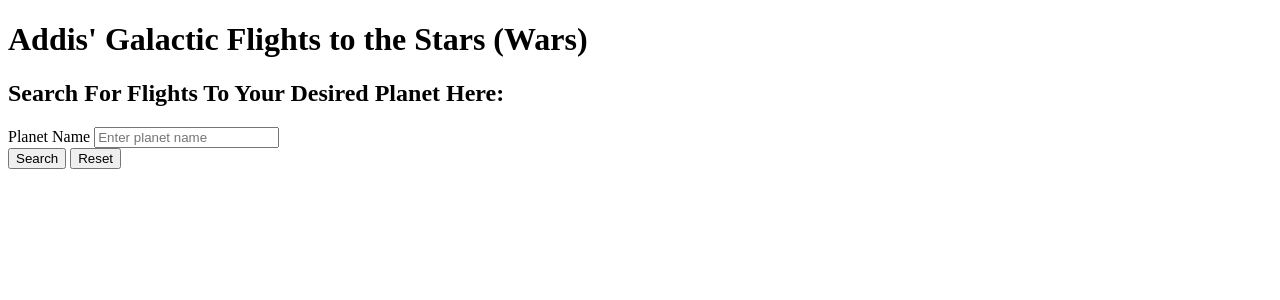
Repository: addisjackson/project-front-end-portfolio2
Page: index.html
These files come from the project's save history. The page is drawn as it stood at one moment and after the next save; the edit follows.
The browser window is 1280 px wide. The pictures show the whole page.

Above is the page before, as saved 2023-07-17 16:19:00.

### index.html
<!DOCTYPE html>
<html lang="en">
<head>
  <meta charset="UTF-8">
  <meta http-equiv="X-UA-Compatible" content="IE=edge">
  <meta name="viewport" content="width=device-width, initial-scale=1.0">
  <title>Addis' Galactic Flight</title>
  <link rel="stylesheet" href="style.css">
  <script defer src="index.js"></script>
</head>
<body>
  <h1>Addis' Galactic Flights to the Stars (Wars)</h1>
  <form id="searchForm">
    <h2>Search For Flights To Your Desired Planet Here:</h2>
    <div class="name">
      <label for="planetSearch">Planet Name</label>
      <input type="text" name="planetSearch" id="planetSearch" placeholder="Enter planet name">
    </div>
    <div class="buttons">
      <button type="submit" id="searchButton">Search</button>
      <button type="reset" id="resetButton">Reset</button>
    </div>
  </form>
  <section class="planet-section">
  </section>
</body>
</html>

### style.css
table {
    border-collapse: collapse;
    width: 100%;
  }

  th, td {
    padding: 8px;
    text-align: left;
    border-bottom: 1px solid #ddd;
  }

  th {
    background-color: #f2f2f2;
  }

  .hidden {
    display: none;
  }

body {
  background-image: url="assets/APP.mp4";
  background-repeat: no-repeat;
  background-size: cover;
  align-items: center;
}

### index.js
// Planet information object
const searchedPlanet = [{
  name: "Yavin IV",
  synopsis: "The surface of Yavin 4 was divided into several continental masses, two of which were Starloft and Wetyin. Notable natural formations included Massassi Valley, Skygazer Hill, and the Ferra Groves. The verdant world had a comfortable, temperate climate but a challenging ecosystem and dangerous predators.The moon's landmasses were covered by dense jungles and rain forests whose flora included purple-barked Massassi trees, grenade fungi, bioluminescent orchids, and climbing ferns. Yavin 4 also had swampy areas. The moon, however, was completely lacking in any mineral resources of significance.",
  image: "assets/YavinIV.jpeg"
},
{
  name: "Tatooine",
  synopsis: "`Tatooine was a planet located in the Outer Rim, a region of the galaxy far removed from its core. It had three moons, Ghomrassen, Guermessa, and Chenini.Long ago, Tatooine was covered in oceans and rainforests, but for unknown reasons, it became a hot desert world. Tatooine orbited twin suns, Tatoo I and Tatoo II. The whole planet was covered in harsh deserts, and only a small part of its northern hemisphere could sustain intelligent life. The landscape was covered with sand dunes, mountains, and canyons, which made traversing the planet very difficult. Due to the absence of surface water, those who lived on Tatooine had to draw moisture through the dry air.Rain was incredibly rare on Tatooine, coming once a year, decade, or century. When the rain came, some plants were able to grow in a brief yet glorious period. Inhabiting the planet were many native species, the largest of which were the carnivorous krayt dragons. The common krayt dragon, while more plentiful, was shadowed by the greater krayt dragon, which submerged itself under the shifting sands and used its powerful limbs to traverse through the dunes. In addition, the common bantha and eopie species also found a home on the world, along with dewbacks, rontos, womp rats, massiffs, and scurriers.`",
  image: "assets/Tatooine.jpg"
},
{
  name: "Naboo",
  synopsis: "`Naboo was a small pastoral world in the Mid Rim, located near the border of the Outer Rim Territories. Unlike most other worlds, the ancient planet lacked a molten core, and instead comprised a conglomerate of large, rocky bodies that made up a network of tunnels and flooded caves. The native Gungans, who built their homes in the waters of Naboo, rarely ventured into the core, fearing the ravenous sea beasts which resided in areas such as the Caves of Eleuabad. Despite this, certain Gungan navigators utilized time-honored trade routes through the planet's structure, which served as the most expedient avenues to reach other areas of the planet. Naboo's interior was rich with plasma, a naturally-occurring energy unique to the planet, and this coupled with its lack of molten core gave Naboo a reputation as an enigma to astrophysicists, who regarded the world's structure as an extremely rare phenomenon in the galaxy.`",
  image: "assets/Naboo.jpeg"
},
{
  name: "Kamino",
  synopsis: "`Located seventy thousand light-years from the Core Worlds, in the Abrion sector, Kamino was a remote and inhospitable extragalactic planet which was covered in oceans that held an abundance of life. The native Kaminoans lived on stilt-cities scattered across Kamino's watery surface. The majority of these cities were devoted to cloning projects, as the highly intelligent Kaminoans specialized in cloning for clients needing workers or private security forces, along with other one-off requests. Due to the remoteness of the planet and its extensive rainy season, only occasional representatives of clone purchasing authorities were undeterred from visiting the world. Kamino often experienced heavy rain, and during some parts of the year was covered with heavy electrical storms. During this season, Kaminoans rode on aiwhas underwater and resurfaced once they were near their destination. In the late clone wars, the cloning facilities were protected by the Kamino security clone troopers.`",
  image: "assets/Kamino.png"
},
{
  name: "Jabba",
  synopsis: "`Jabba is a planet located in the Outer Rim, a region of the galaxy far removed from its core. It had three moons, Ghomrassen, Guermessa, and Chenini. Long ago, Jabba was covered in oceans and rainforests, but for unknown reasons, it became a hot desert world. Jabba orbited twin suns, Jabba I and Jabba II.`",
  image: "assets/Jabba.jpeg"
},
{
  name: "Hoth",
  synopsis: '`"Anyone who looks at Hoth from above would be forgiven for thinking it a mostly dead ball of ice". Imperial AT-ATs traverse the frozen landscape on Hoth. From space, the planet of Hoth looked like a pale blue orb due to its dense snow and ice covering. Five planets existed between Hoth and its sun, while an asteroid belt surrounded the planet with meteors occasionally striking the surface.Most of its surface was covered with glaciers and frozen ice plains. Another third of the planet was covered by oceans.The temperature, although always frigid, was known to drop to -60°C come nightfall.Although devoid of intelligent life, Hoth was home to fifteen subspecies of tauntauns, which were commonly used by Rebels as a means of transport, and which Han Solo cut open to use as shelter to keep Luke Skywalker and himself warm during a snowstorm. It was also home to a species of towering predators known as wampas. During his stay on Hoth, Skywalker was captured by a wampa and was hung upside down in the wampa"s cave, waiting to be eaten. Using the power of the Force, Skywalker managed to get his hands on his lightsaber and cut himself down from the roof and sever the wampa"s right arm. The planet also had a number of "crystalline geysers.`',
  image: "assets/Hoth.jpeg"
},
{
  name: "Degobah",
  synopsis: "`Degobah is a planet located in the Outer Rim, a region of the galaxy far removed from its core. It had three moons, Ghomrassen, Guermessa, and Chenini. Long ago, Degobah was covered in oceans and rainforests, but for unknown reasons, it became a hot desert world. Degobah orbited twin suns, Degobah I and Degobah II.",
  image: "assets/Degobah.webp"
},
{
  name: "Bespin",
  synopsis: "`Bespin is a planet located in the Outer Rim, a region of the galaxy far`",
  image: "assets/Bespin.jpeg"
},
{
  name: "Coruscant",
  synopsis: "`Coruscant is a planet located in the Outer Rim, a region of the galaxy far'",
  image: "assets/Coruscant.jpeg"
},
{
  name: "Alderaan",
  synopsis: "`Alderaan is a planet located in the Outer Rim, a region of the galaxy'",
  image: "assets/Alderaan.jpeg"
},
{
  name: "Endor",
  synopsis: "`Endor is a planet located in the Outer Rim, a region of the galaxy'",
  image: "assets/Endor.jpeg"
},
{
  name: "Haden",
  synopsis: "`Haven was the capital city of Iol, a planet in the Unknown Regions that was controlled by the company Tangan Industries. Iol was oldest and largest settlement on Iol, and it consisted of five large, separate domes that were each at least 1 kilometer in diameter. Each dome served a particular function within the city, with one containing Haven's government institutions and another containing the city's financial institutions, and each dome had a residential section that housed workers that were employed within that particular dome. The domes were all connected to one another via a series of tubes, which allowed for easy travel throughout the city.. Haven was also linked to the settlements Menelath and Shirkel, via two repulsortrain tunnels. The city was ran by an administrator, who was selected by Tangan Industries. Around the time of the Clone Wars, the Near-Human Elexia Nis'tar was appointed as Haven's administrator and while Tangan had hoped that she would act as a figurehead that they could manipulate, she distinguished herself by prioritizing the needs of Haven's inhabitants over those of the company. Nis'tar continued to act as the city's administrator until the time of the Yuuzhan Vong war.`",
  image: "assets/Haden.jpg"
}
];

document.getElementById("searchForm").addEventListener("submit", function (event) {
  event.preventDefault();
  let searchParams = "?search=" + document.getElementById("planetSearch").value;
  console.log(searchParams)

let apiUrl = "https://swapi.dev/api/planets/";
let searchedPlanet = document.getElementById("planetSearch").value;
  fetch(apiUrl + searchParams)
    .then((response) => {
         return response.json();
  })
 .then(data => {
    const planet = data.results[0]
    console.log(data.results[0])
    if(typeof planet === "undefined") {
      showError()

    } else {
      renderPlanet(planet);
    }
  })
});

const planetSection = document.querySelector(".planet-section")
function renderPlanet(planet) {
  const planetElement = document.createElement("div");
  const planetName = document.createElement("h2");
planetName.classList.add("planetName")
planetName.innerText = planet.name
planetElement.appendChild(planetName);
planetSection.appendChild(planetElement);

const planetInfo = document.createElement("p");
planetInfo.classList.add("planetInfo");
planetInfo.innerText = searchedPlanet.find(p => p.name.toLowerCase() === planet.name.toLowerCase())?.synopsis || "No info collected";
planetElement.appendChild(planetInfo);

const planetImage = document.createElement("img");
planetImage.src = searchedPlanet.find(p => p.name.toLowerCase() === planet.name.toLowerCase())?.image || "assets/placeholder.jpg";
planetInfo.appendChild(planetImage);

planetContainer.appendChild(planetElement);
planetSection.appendChild(planetContainer);
}


function showError() {
   let planetError = document.createElement("div");
    planetError.classList.add("planetError")
    const errorText = document.createElement("p")
    errorText.classList.add("errorText")
    errorText.innerText = "No flights found to this planet. Please check back in the future as we are always expanding our service area."
    planetError.innerHTML= errorText
    planetError.appendChild(errorText);
    planetSection.appendChild(planetError);

}



function renderPlanet(planet) {
// Clear previous planet elements
const planetSection = document.querySelector(".planet-section");
planetSection.innerHTML = '';
const planetContainer  = document.createElement("div");
planetConstainer.classList.add("planet-container");
const planetElement = document.createElement("div");
const planetName = document.createElement("h2");
planetName.classList.add("planetName");
planetName.innerText = planet.name;
planetElement.appendChild(planetName);

const planetInfo = document.createElement("p");
planetInfo.classList.add("planetInfo");
planetInfo.innerText = searchedPlanet.find(p => p.name.toLowerCase() === planet.name.toLowerCase())?.synopsis || "No info collected";
planetElement.appendChild(planetInfo);

const planetImage = document.createElement("img");
planetImage.src = searchedPlanet.find(p => p.name.toLowerCase() === planet.name.toLowerCase())?.image || "assets/placeholder.jpg";
planetContainer.appendChild(planetImage);

planetSection.appendChild(planetElement);
}

function showError() {
// Clear previous error message and planet elements
planetSection.innerHTML = '';

const planetError = document.createElement("div");
planetError.classList.add("planetError");
const errorText = document.createElement("p");
errorText.classList.add("errorText");
errorText.innerText = "No flights found to this planet. Please check back in the future as we are always expanding our service area.";
planetError.appendChild(errorText);
planetSection.appendChild(planetError);
}

After the next save:
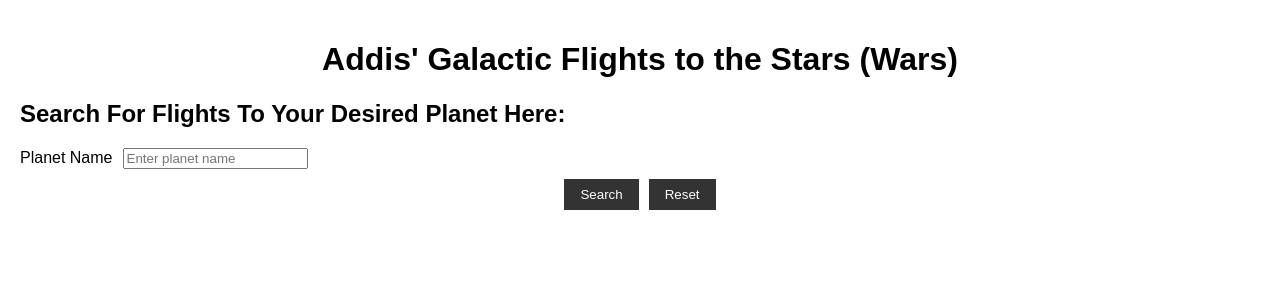
Saved 51 s later.
--- a/style.css
+++ b/style.css
@@ -1,25 +1,80 @@
-table {
-    border-collapse: collapse;
-    width: 100%;
-  }
-
-  th, td {
-    padding: 8px;
-    text-align: left;
-    border-bottom: 1px solid #ddd;
-  }
-
-  th {
-    background-color: #f2f2f2;
-  }
-
-  .hidden {
-    display: none;
-  }
+/* style.css */
 
 body {
-  background-image: url="assets/APP.mp4";
-  background-repeat: no-repeat;
-  background-size: cover;
+  font-family: Arial, sans-serif;
+  margin: 0;
+  padding: 20px;
+}
+
+h1 {
+  text-align: center;
+}
+
+form {
+  margin-bottom: 20px;
+}
+
+.name {
+  display: flex;
   align-items: center;
+  margin-bottom: 10px;
 }
+
+label {
+  margin-right: 10px;
+}
+
+.buttons {
+  display: flex;
+  justify-content: center;
+}
+
+button {
+  margin: 0 5px;
+  padding: 8px 16px;
+  border: none;
+  background-color: #333;
+  color: #fff;
+  cursor: pointer;
+}
+
+.planet-section {
+  margin-top: 20px;
+}
+
+.planet-container {
+  display: flex;
+  align-items: flex-start;
+}
+
+.planet-image {
+  flex: 1;
+  margin-right: 20px;
+}
+
+.planet-info {
+  flex: 2;
+}
+
+.planetName {
+  font-size: 24px;
+  font-weight: bold;
+}
+
+.planetInfo {
+  margin-top: 10px;
+}
+
+img {
+  max-width: 100%;
+  height: auto;
+}
+
+.planetError {
+  color: red;
+  text-align: center;
+}
+
+.errorText {
+  font-style: italic;
+}

After the save that followed:
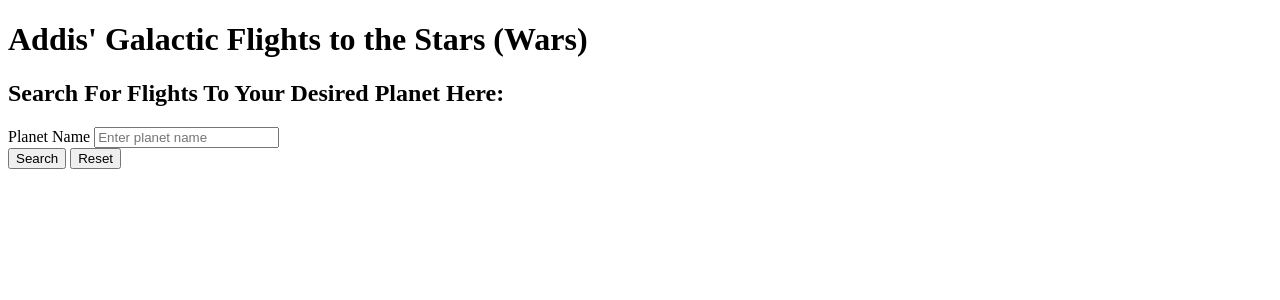
Saved 82 s later.
--- a/style.css
+++ b/style.css
@@ -1,80 +1,25 @@
-/* style.css */
+table {
+    border-collapse: collapse;
+    width: 100%;
+  }
+
+  th, td {
+    padding: 8px;
+    text-align: left;
+    border-bottom: 1px solid #ddd;
+  }
+
+  th {
+    background-color: #f2f2f2;
+  }
+
+  .hidden {
+    display: none;
+  }
 
 body {
-  font-family: Arial, sans-serif;
-  margin: 0;
-  padding: 20px;
+  background-image: url="assets/APP.mp4";
+  background-repeat: no-repeat;
+  background-size: cover;
+  align-items: center;
 }
-
-h1 {
-  text-align: center;
-}
-
-form {
-  margin-bottom: 20px;
-}
-
-.name {
-  display: flex;
-  align-items: center;
-  margin-bottom: 10px;
-}
-
-label {
-  margin-right: 10px;
-}
-
-.buttons {
-  display: flex;
-  justify-content: center;
-}
-
-button {
-  margin: 0 5px;
-  padding: 8px 16px;
-  border: none;
-  background-color: #333;
-  color: #fff;
-  cursor: pointer;
-}
-
-.planet-section {
-  margin-top: 20px;
-}
-
-.planet-container {
-  display: flex;
-  align-items: flex-start;
-}
-
-.planet-image {
-  flex: 1;
-  margin-right: 20px;
-}
-
-.planet-info {
-  flex: 2;
-}
-
-.planetName {
-  font-size: 24px;
-  font-weight: bold;
-}
-
-.planetInfo {
-  margin-top: 10px;
-}
-
-img {
-  max-width: 100%;
-  height: auto;
-}
-
-.planetError {
-  color: red;
-  text-align: center;
-}
-
-.errorText {
-  font-style: italic;
-}
